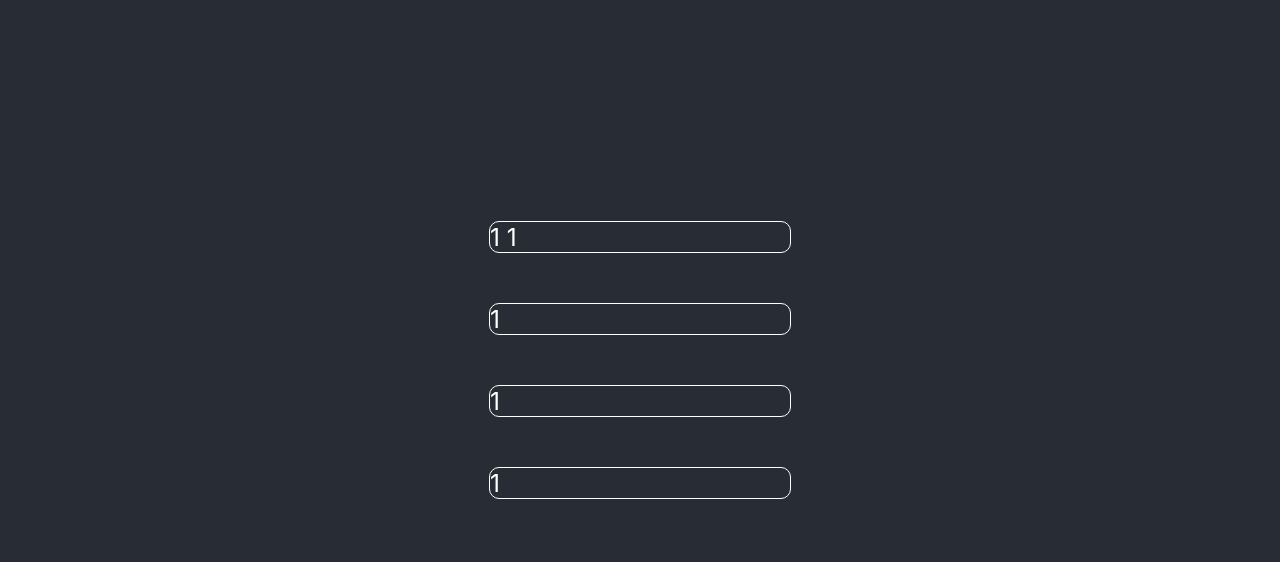
Repository: bandikost/capers
Page: /main
An editor plug-in stored every save of this project. The page is shown before and after the next save, followed by the edit.
The browser window is 1280 px wide. The pictures show the whole page.
The project was rebuilt for these pictures with package versions that can differ from the ones it lists, and the page was loaded fresh each time.

Above is the page before, as saved 2023-04-10 11:05:14.

### src/App.js
import logo from './logo.svg';
import './App.css';
import { BrowserRouter, Routes, Route } from "react-router-dom";
import Main from './components/Main';


function App() {
  return (
    <div className="App">
      <header className="App-header">
      <BrowserRouter >
        <Routes>
            <Route path='/main' element={<Main />}/>
        </Routes>
      </BrowserRouter>
      </header>
    </div>
  );
}

export default App;

### src/App.css
.App {
  text-align: center;
}

.App-logo {
  height: 40vmin;
  pointer-events: none;
}


.App-header {
  background-color: #282c34;
  min-height: 100vh;
  display: flex;
  flex-direction: column;
  align-items: center;
  justify-content: center;
  font-size: calc(10px + 2vmin);
  color: white;
}

.App-link {
  color: #61dafb;
}


.table {
  height: auto;
  margin: 0 auto 0;
}

.cell {
  border: 1px solid white;
  border-radius: 10px;
  width: 300px;
  margin: 50px 0px;
  display: flex;
  justify-content: space-between;
}

### src/components/Main.jsx
import React from 'react'

export const Main = () => {
  return (
    <div className='table'>
      <div className="cell">1
      1
      </div>
      <div className="cell">1</div>
      <div className="cell">1</div>
      <div className="cell">1</div>
    </div>
  )
}

export default Main;

Loaded but not shown: public/index.html (common file); src/index.js (common file); src/index.css (common file); src/reportWebVitals.js (common file)

After the next save:
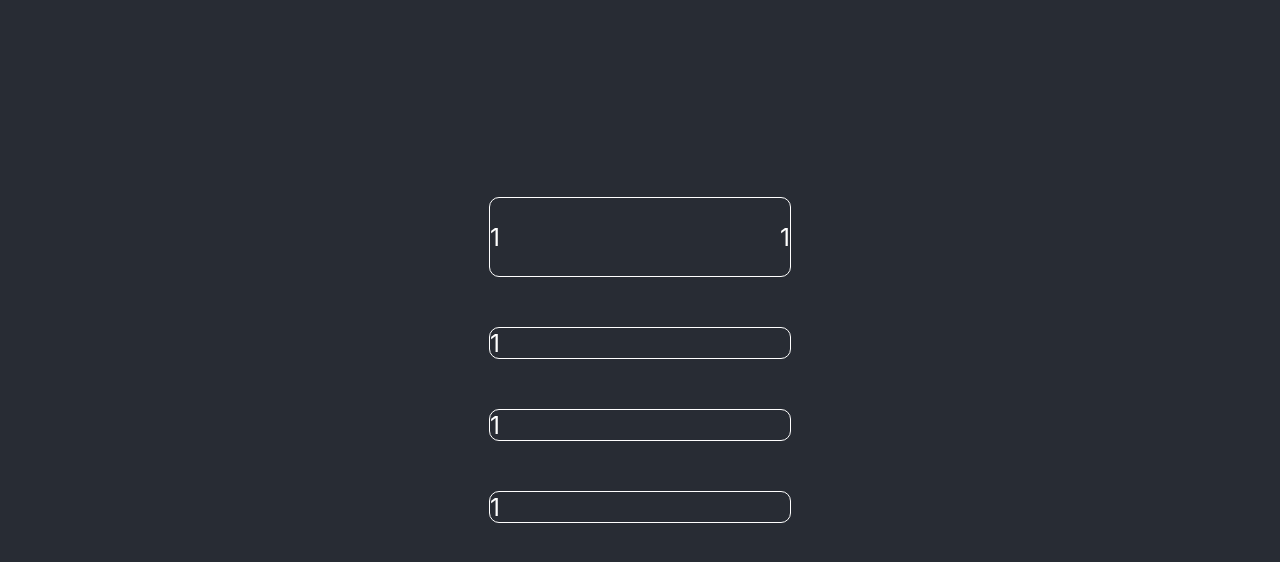
Saved 14 s later.
--- a/src/components/Main.jsx
+++ b/src/components/Main.jsx
@@ -3,8 +3,9 @@ import React from 'react'
 export const Main = () => {
   return (
     <div className='table'>
-      <div className="cell">1
-      1
+      <div className="cell">
+       <p>1</p>
+       <p>1</p>
       </div>
       <div className="cell">1</div>
       <div className="cell">1</div>
